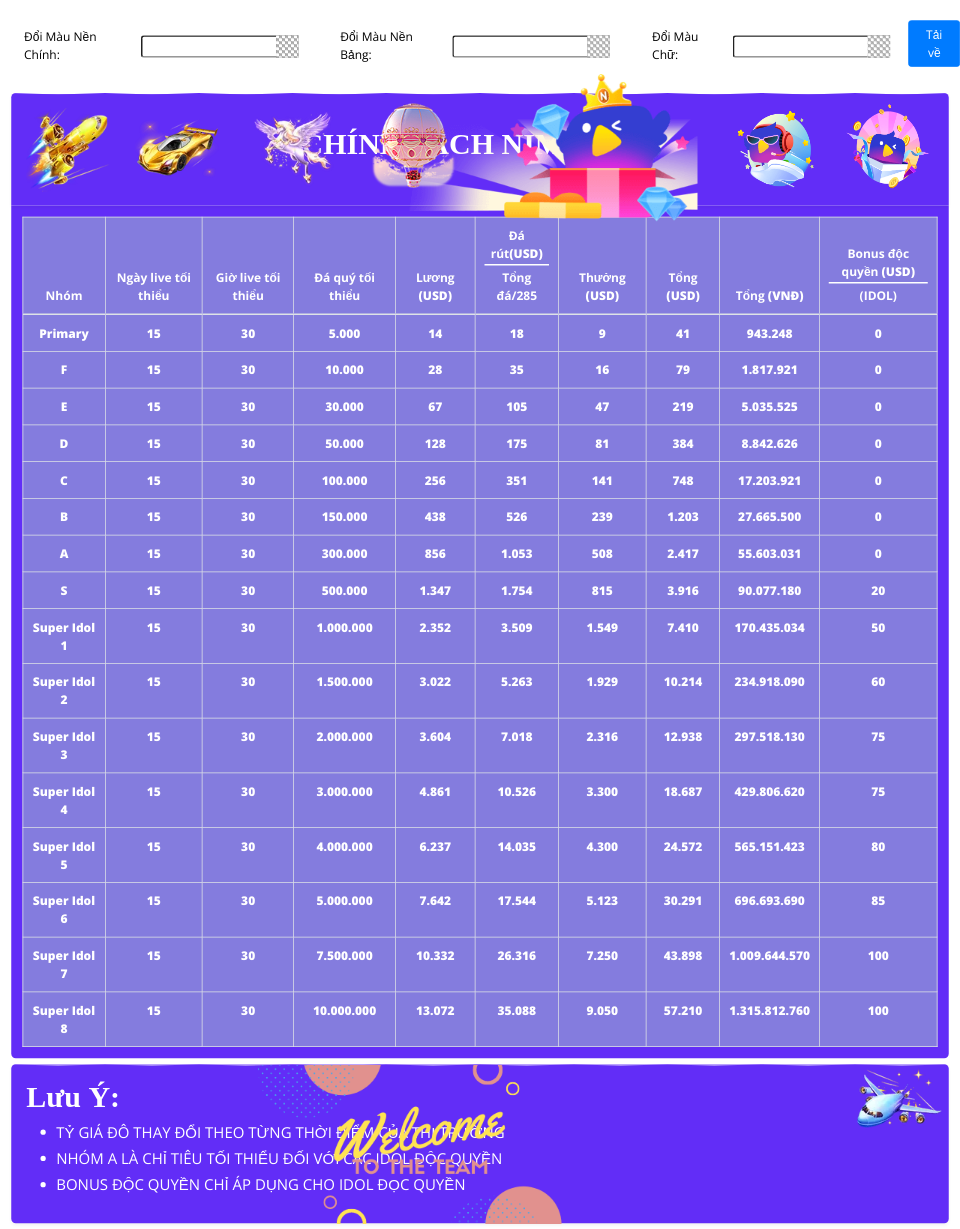
Repository: dav1601/nimo-work
Page: index.html
These files come from the project's save history. The page is drawn as it stood at one moment and after the next save; the edit follows.
The browser window is 1280 px wide. The pictures show the whole page, at 75% of full size.

Above is the page before, as saved 2022-04-15 15:07:12.

After the next save:
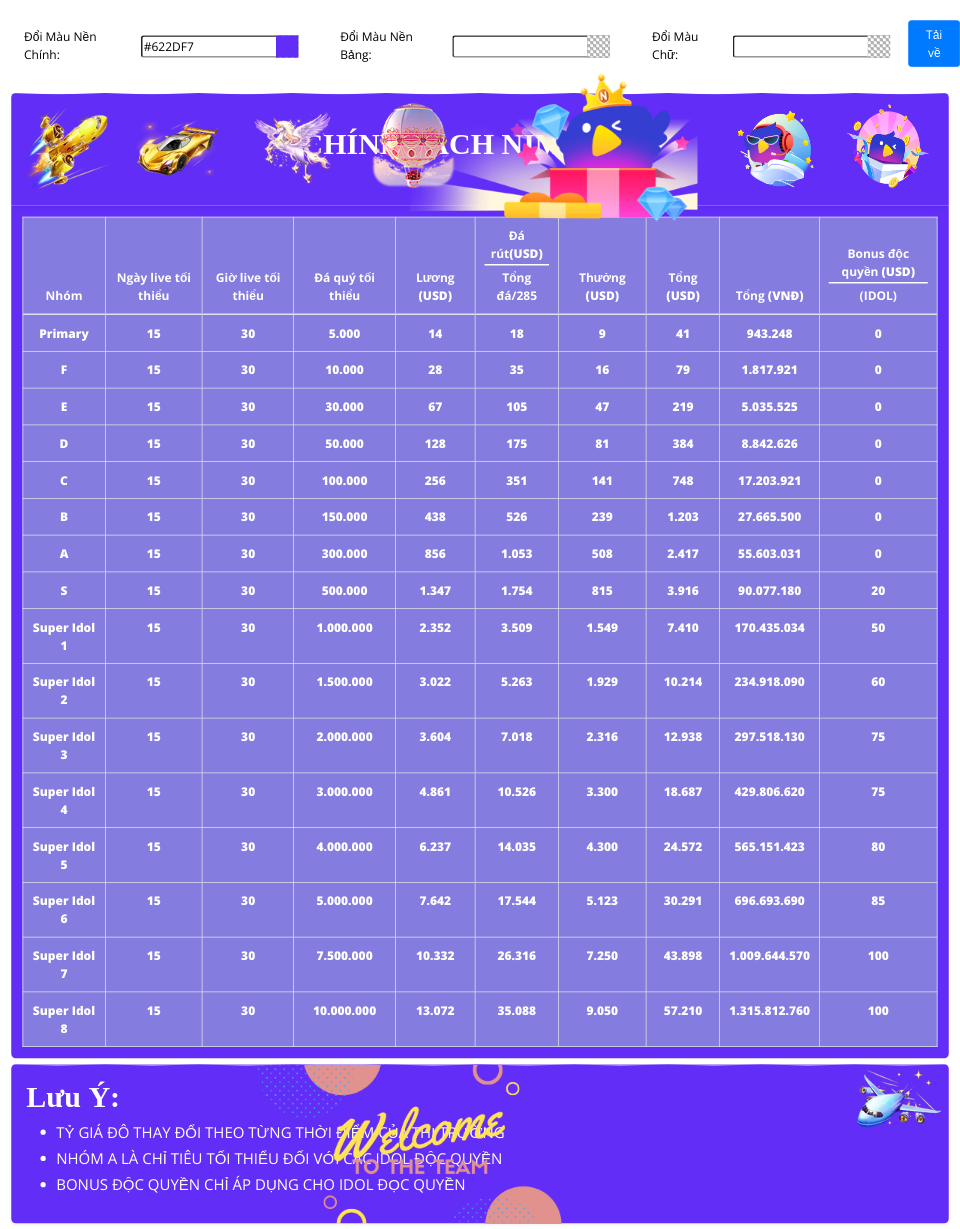
Saved 16 s later.
--- a/index.html
+++ b/index.html
@@ -32,7 +32,7 @@
 <body>
     <script>
         $(function () {
-            $("#1").val("#622DF7");
+            $("#color-1").val("#622DF7");
             $("#2").val("#847CDE");
             $("#3").val("#ffffff");
         $(document).on('change' , "#color-1" , function(){
